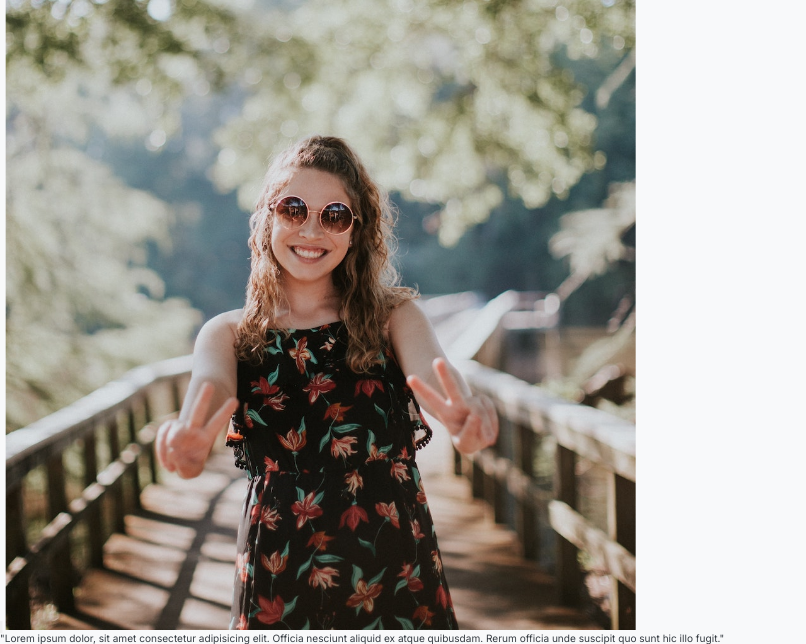
Repository: Ahmed123rezk123/06-Components
Page: carousel.html
An editor plug-in stored every save of this project. The page is shown before and after the next save, followed by the edit.
The browser window is 1280 px wide. The pictures show the whole page, at 63% of full size.

Above is the page before, as saved 2024-09-16 03:33:58.

### carousel.html
<!DOCTYPE html>
<html lang="en">
  <head>
    <meta charset="UTF-8" />
    <meta name="viewport" content="width=device-width, initial-scale=1.0" />
    <link rel="preconnect" href="https://fonts.gstatic.com" />
    <link
      href="https://fonts.googleapis.com/css2?family=Inter:wght@400;500;700&display=swap"
      rel="stylesheet"
    />
    <style>
      * {
        margin: 0;
        padding: 0;
        box-sizing: border-box;
      }

      body {
        font-family: "Inter", sans-serif;
        color: #343a40;
        background-color: #f8f9fa;
        line-height: 1;
      }
    </style>
    <title>Carousel</title>
  </head>
  <body>
    <div class="carousel">
      <div class="item">
        <button class="">
          <svg
            xmlns="http://www.w3.org/2000/svg"
            fill="none"
            viewBox="0 0 24 24"
            stroke-width="1.5"
            stroke="currentColor"
            class="size-6"
          >
            <path
              stroke-linecap="round"
              stroke-linejoin="round"
              d="M15.75 19.5 8.25 12l7.5-7.5"
            />
          </svg>
        </button>
        <img src="maria.jpg" alt="" />
        <p class="text">
          "Lorem ipsum dolor, sit amet consectetur adipisicing elit. Officia
          nesciunt aliquid ex atque quibusdam. Rerum officia unde suscipit quo
          sunt hic illo fugit."
        </p>
      </div>
    </div>
  </body>
</html>

After the next save:
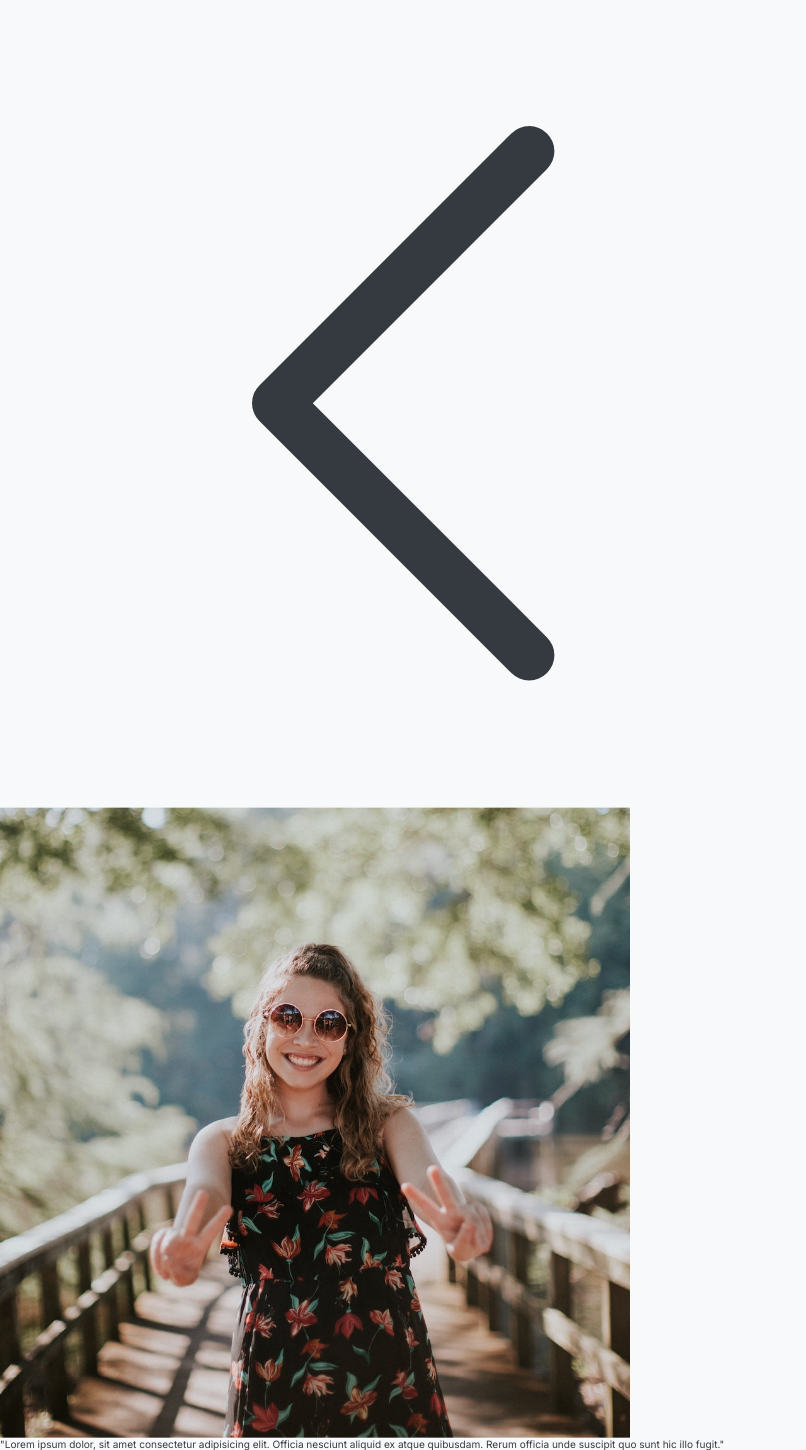
Saved 5 min 47 s later.
--- a/carousel.html
+++ b/carousel.html
@@ -27,7 +27,7 @@
   <body>
     <div class="carousel">
       <div class="item">
-        <button class="">
+        <i class="">
           <svg
             xmlns="http://www.w3.org/2000/svg"
             fill="none"
@@ -42,7 +42,7 @@
               d="M15.75 19.5 8.25 12l7.5-7.5"
             />
           </svg>
-        </button>
+        </i>
         <img src="maria.jpg" alt="" />
         <p class="text">
           "Lorem ipsum dolor, sit amet consectetur adipisicing elit. Officia
